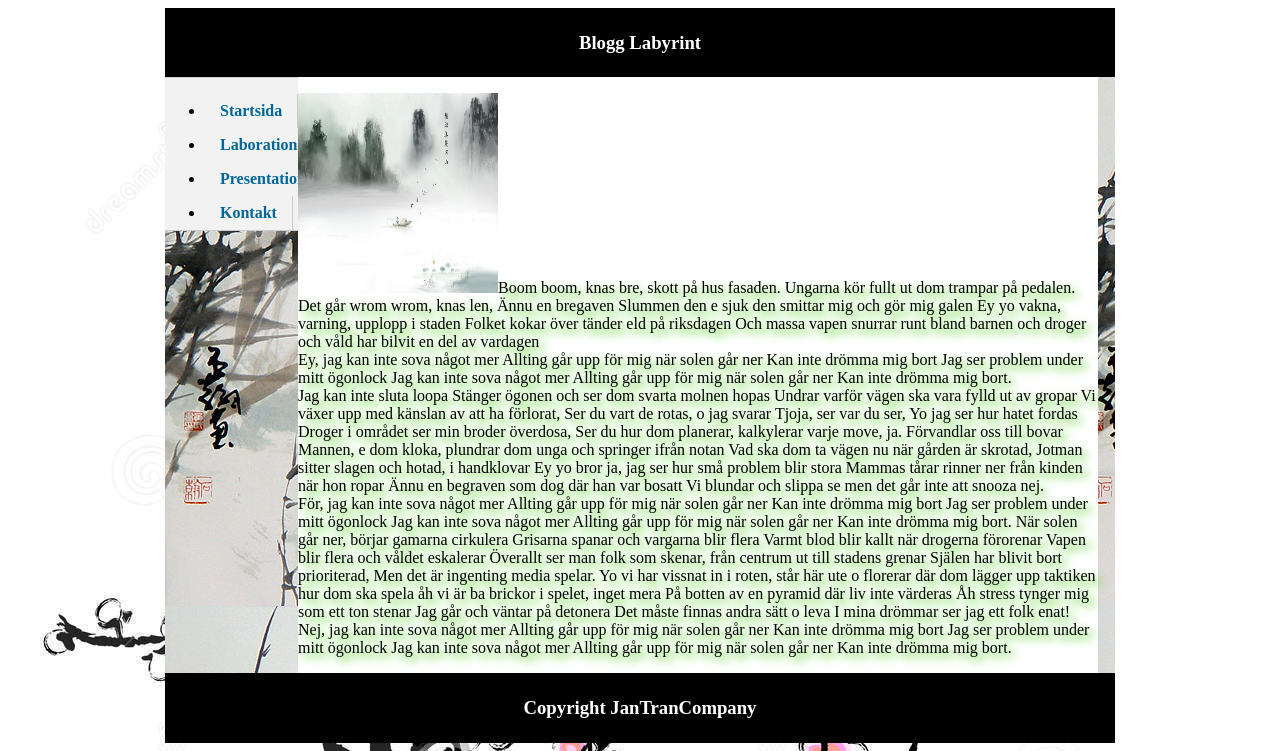
Repository: jt222ic/1ik415-jt222ic-lab-1
Page: pages/Blogginlagg.html
The author's editor kept a record of every edit. The page is drawn from the files as they stood at one moment, then again after the next edit.
The browser window is 1280 px wide. The pictures show the whole page.

Above is the page before.

### pages/Blogginlagg.html
<!DOCTYPE html>
<html lang="sv">
    <head>
        <meta charset="UTF-8" />
        <title>BLogg</title>
       <link rel="stylesheet" href="Csss/style.css" />
       <link rel="stylesheet" href="Csss/print.css" />
       <link rel="stylesheet" href="Csss/mobile.css"/>

    </head>
    <body>
<div id="container">


   <div id="header"><h3>Blogg Labyrint</h3>

   </div>

    <div id="nav">
<ul>
        <li><a href="../index.html"> Startsida</a></li>
        <li><a href="laboration.html">Laboration</a></li>
        <li><a href ="presentation.html">Presentation</a></li>
        <li><a href ="kontakt.html">Kontakt</a></li>
</ul>

</div>



 <div id="section">


 <div id="content">
 <p>  <img src="jpeg/C9.jpg" width="200" height="200" alt="varföööör" class="left">Boom boom, knas bre, skott på hus fasaden.
Ungarna kör fullt ut dom trampar på pedalen.

Det går wrom wrom, knas len,
Ännu en bregaven
Slummen den e sjuk den smittar mig och gör mig galen
Ey yo vakna, varning, upplopp i staden
Folket kokar över tänder eld på riksdagen
Och massa vapen snurrar runt bland barnen
och droger och våld har bilvit en del av vardagen <br>

Ey, jag kan inte sova något mer
Allting går upp för mig när solen går ner
Kan inte drömma mig bort
Jag ser problem under mitt ögonlock
Jag kan inte sova något mer
Allting går upp för mig när solen går ner
Kan inte drömma mig bort. <br>

Jag kan inte sluta loopa
Stänger ögonen och ser dom svarta molnen hopas
Undrar varför vägen ska vara fylld ut av gropar
Vi växer upp med känslan av att ha förlorat,
Ser du vart de rotas,

o jag svarar Tjoja, ser var du ser,
Yo jag ser hur hatet fordas
Droger i området ser min broder överdosa,
Ser du hur dom planerar, kalkylerar varje move, ja.
Förvandlar oss till bovar
Mannen, e dom kloka, plundrar dom unga och springer ifrån notan
Vad ska dom ta vägen nu när gården är skrotad,
Jotman sitter slagen och hotad, i handklovar
Ey yo bror ja, jag ser hur små problem blir stora
Mammas tårar rinner ner från kinden när hon ropar
Ännu en begraven som dog där han var bosatt
Vi blundar och slippa se men det går inte att snooza nej. <br>

För, jag kan inte sova något mer
Allting går upp för mig när solen går ner
Kan inte drömma mig bort
Jag ser problem under mitt ögonlock
Jag kan inte sova något mer
Allting går upp för mig när solen går ner
Kan inte drömma mig bort.

När solen går ner, börjar gamarna cirkulera
Grisarna spanar och vargarna blir flera
Varmt blod blir kallt när drogerna förorenar
Vapen blir flera och våldet eskalerar

Överallt ser man folk som skenar, från centrum ut till stadens grenar
Själen har blivit bort prioriterad, Men det är ingenting media spelar.

Yo vi har vissnat in i roten, står här ute o florerar
där dom lägger upp taktiken hur dom ska spela
åh vi är ba brickor i spelet, inget mera
På botten av en pyramid där liv inte värderas

Åh stress tynger mig som ett ton stenar
Jag går och väntar på detonera
Det måste finnas andra sätt o leva
I mina drömmar ser jag ett folk enat!

Nej, jag kan inte sova något mer
Allting går upp för mig när solen går ner
Kan inte drömma mig bort
Jag ser problem under mitt ögonlock
Jag kan inte sova något mer
Allting går upp för mig när solen går ner
Kan inte drömma mig bort.

</p>



</div>





</div>
<div id="footer"><h3>Copyright JanTranCompany</h3></div>
</div>




    </body>




</html>

### pages/Csss/style.css
/* backgrundsbild */

body  {
    background-image: url('../jpeg/China.jpg');

    }
/* text för p typografi */
p{
    color:black;
text-shadow: 5px 5px 10px #41C800;
    font-style: italic, sans-serif;
    text-align:left;




}

/* formulär */
#cform input, #cform textarea, #cform select
{
width:300px;
margin-bottom:20px;
}
#cform textarea { height:100px; }
#cform .checkbox { width:auto; }

.img{
    float:left;
}




/* navigation */

#nav {
      width: 14%;
      float: left;
      margin:0;
      padding: 0;
      list-style: none;
      background-color: #f2f2f2;
      border-bottom: 1px solid #ccc;
      border-top: 1px solid #ccc; }
   #nav li {float:left;
       }
   #nav li a {
      display: block;
      padding: 8px 15px;
      text-decoration: none;
      font-weight: bold;
      color: #069;
      border-right: 1px solid #ccc;
      list-style:none;}
   #nav li a:hover {
       list-style:none;
      color: #c00;
      background-color: #fff; }

      /* nav focus class */





      /* class active */

.active{

        font-weight:bold;
        text-align:left;
        color:black;

         box-shadow: 10px 10px 5px #888888;
         background-color: lightblue;
        /* skuggning för märkning */

    }

    /* content */

    #content{


        background-color:white;

        float:left;
        width: 800px;
    }




    /* header */

    #header {
    background-color:black;
    color:white;
    text-align:center;
    padding:5px;
    }


    /*footer */


    #footer {

    background-color:black;
    color:white;
    clear:both;
    text-align:center;
   padding:5px;
}

#container {
    overflow: auto;
    background-image: url('../jpeg/bird.jpg');
    max-width: 950px;
    margin: 0 auto;

}

### pages/Csss/print.css
@media print {


.active{
  box-shadow: none;

}


.videobort{display:none;


}

#nav{ display:none;}

#kuk { display:none;}

/*försöker ta bort sidescrollen... */

html { overflow: hidden; }
}

### pages/Csss/mobile.css
@media only screen and (max-device-width: 480px) {

#header , #nav , #content #footer{width:320px;

}

#container { width: 320px;}















}

After the next edit:
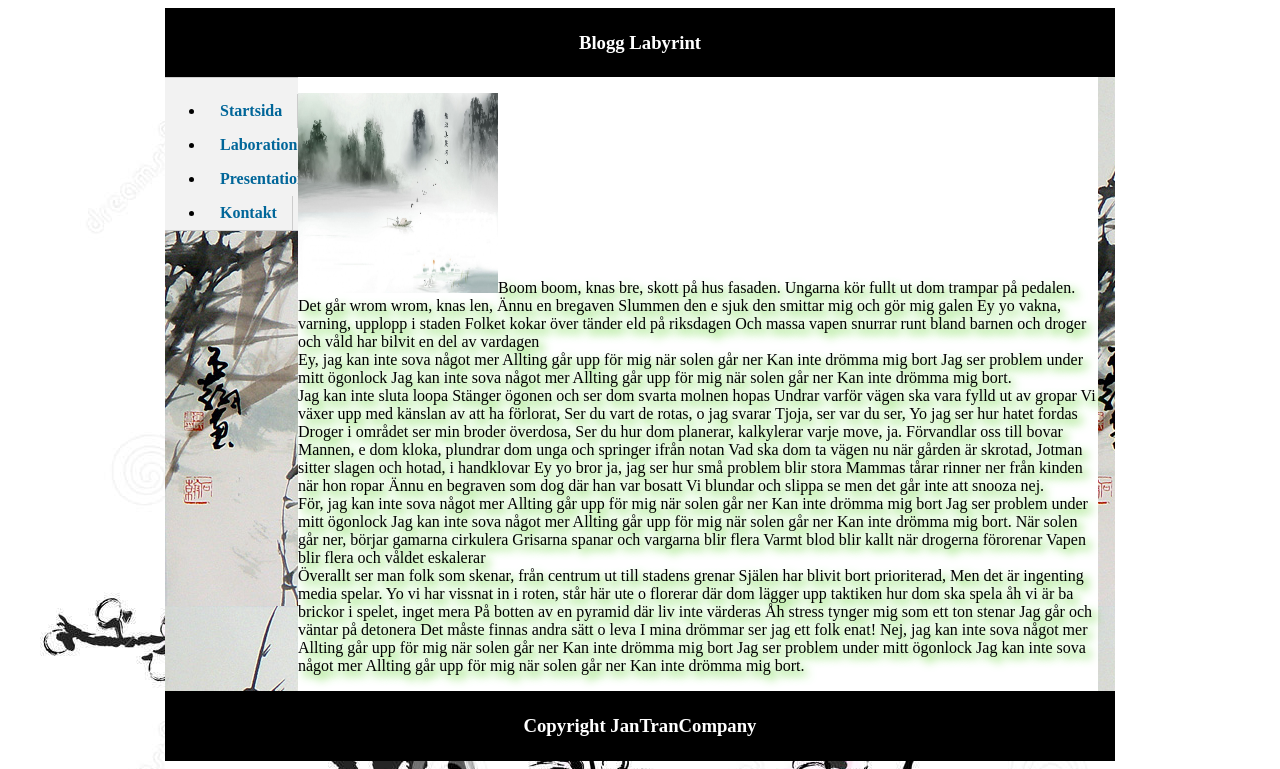
The edit:
--- a/pages/Blogginlagg.html
+++ b/pages/Blogginlagg.html
@@ -81,7 +81,7 @@
 När solen går ner, börjar gamarna cirkulera
 Grisarna spanar och vargarna blir flera
 Varmt blod blir kallt när drogerna förorenar
-Vapen blir flera och våldet eskalerar
+Vapen blir flera och våldet eskalerar  <br>
 
 Överallt ser man folk som skenar, från centrum ut till stadens grenar
 Själen har blivit bort prioriterad, Men det är ingenting media spelar.
